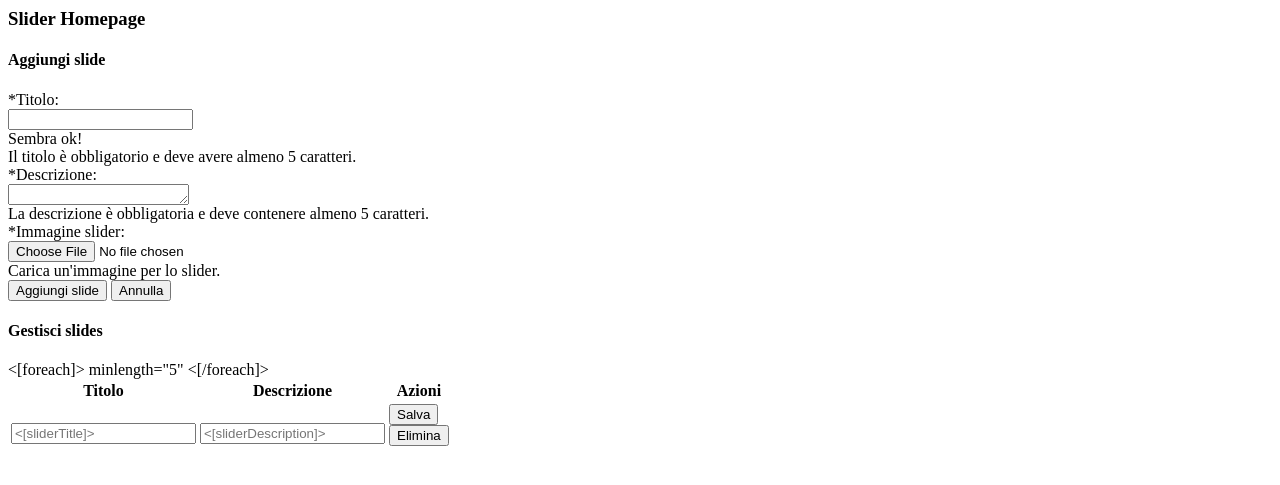
Repository: i4c0ni99/MotorShop
Page: skins/multikart_all_in_one/back-end/home-customizer.html
The author's editor kept a copy of each file at every save. The page is drawn from the files as they stood at one save, then again after a run of saves.
The browser window is 1280 px wide. The pictures show the whole page.

Above is the page before, as saved 2024-10-31 19:16:17.

After the next 3 saves:
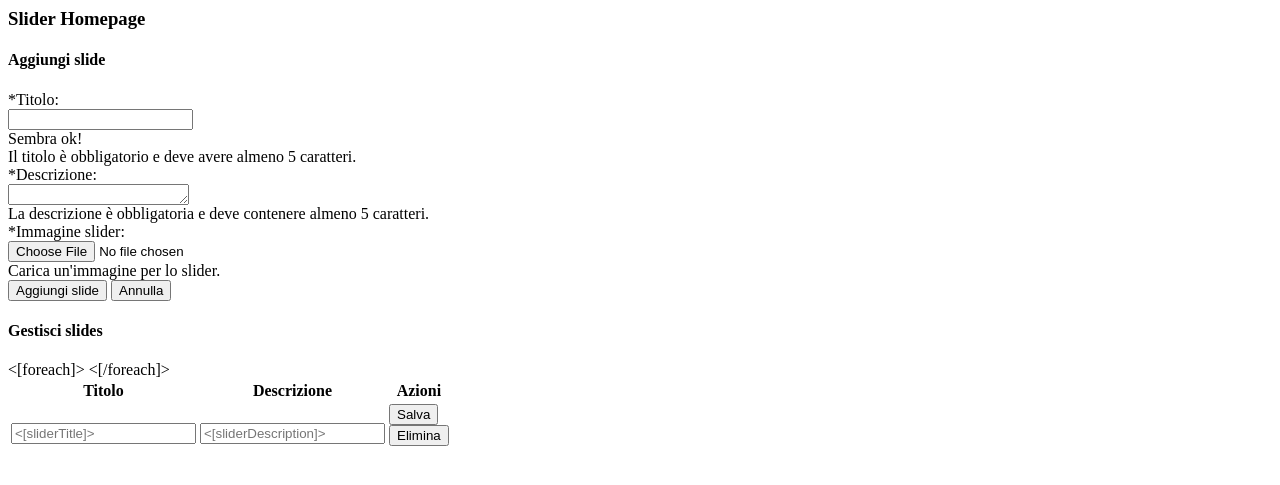
The 3 saves are shown as one change because they came seconds apart.
The last was saved 17 s later.
--- a/skins/multikart_all_in_one/back-end/home-customizer.html
+++ b/skins/multikart_all_in_one/back-end/home-customizer.html
@@ -90,9 +90,9 @@
                                 <!-- Ciclo per le slide -->
                                 <[foreach]>
                                 <tr data-row-id="<[sliderId]>">
-                                    <form method="post" action="/MotorShop/home-customizer.php">minlength="5"
+                                    <form method="post" action="/MotorShop/home-customizer.php">
                                         <td><input type="text" name="title" placeholder="<[sliderTitle]>" pattern=".{5,}" minlength="2" required="true"></td>
-                                        <td><input type="text" name="description" placeholder="<[sliderDescription]>" pattern=".{5,}" minlength="2" required="true"></td>
+                                        <td><input type="text" name="description" placeholder="<[sliderDescription]>" minlength="5" required="true"></td>
                                     <td><input type="hidden" name="sliderId" value="<[sliderId]>">
                                     <button type="submit" name="edit" class="btn btn-primary btn-block">Salva</button>
                                     </form>
